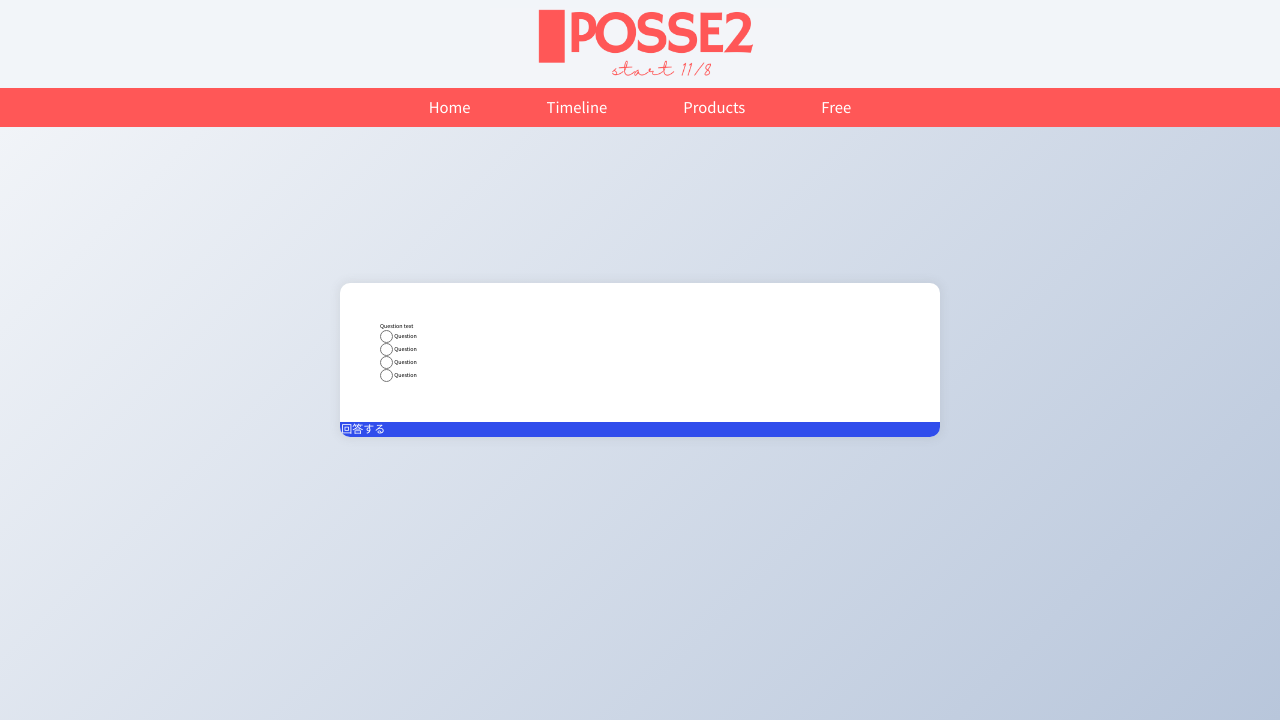
Repository: posse-ap/posse2-hackathon-202202-team2B
Page: src/html/top.html
The author's editor kept a copy of each file at every save. The page is drawn from the files as they stood at one save, then again after the next save.
The browser window is 1280 px wide. The pictures show the whole page.
The style sheet was rebuilt from its Sass, Less or Tailwind sources for each picture, by a compiler version that may differ from the author's.

Above is the page before, as saved 2022-02-14 19:06:47.
Console error: SyntaxError: Cannot use import statement outside a module

After the next save:
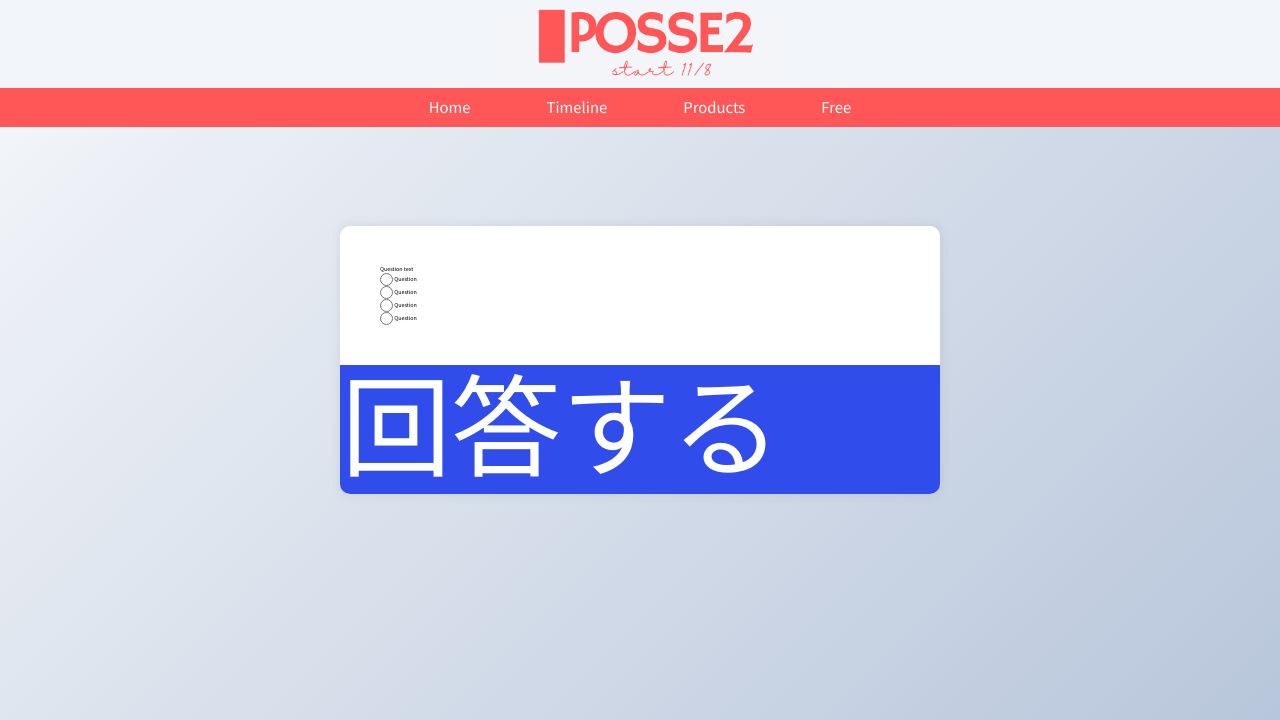
Saved 14 s later.
--- a/src/sass/top-sass/top.scss
+++ b/src/sass/top-sass/top.scss
@@ -144,7 +144,7 @@
   cursor: pointer;
   display: block;
   font-family: inherit;
-  font-size: 11rem;
+  font-size: 110rem;
   width: 100%;
   padding: 1.3rem;
 }

After the save that followed:
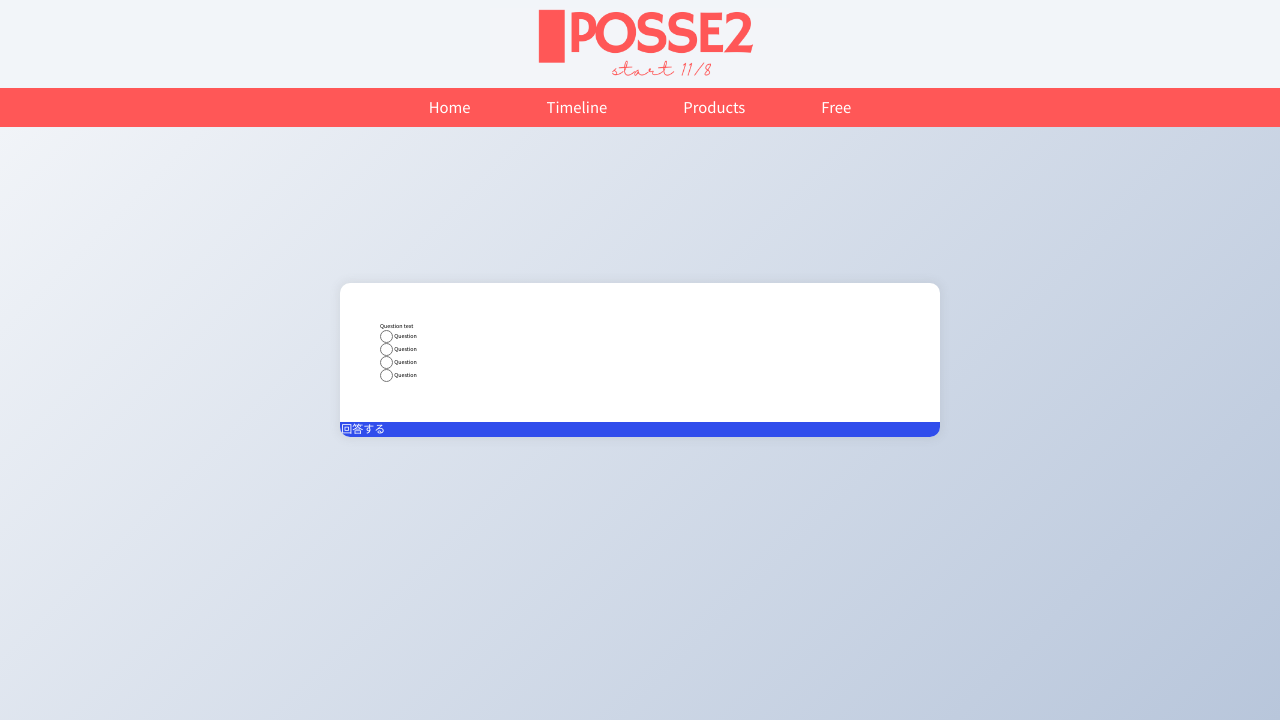
Saved 5 s later.
--- a/src/sass/top-sass/top.scss
+++ b/src/sass/top-sass/top.scss
@@ -144,7 +144,7 @@
   cursor: pointer;
   display: block;
   font-family: inherit;
-  font-size: 110rem;
+  font-size: 11rem;
   width: 100%;
   padding: 1.3rem;
 }
